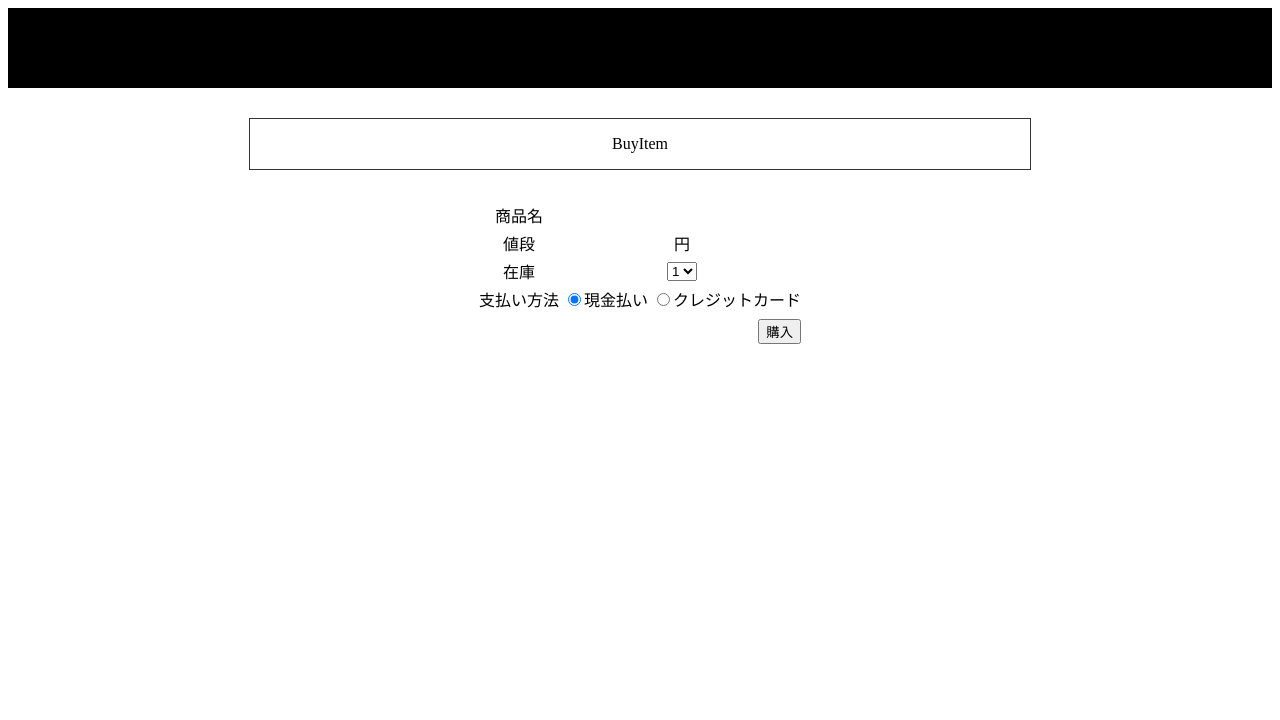
Repository: kosugisyunki/test
Page: http://localhost/template/buyItem.jsp
An editor plug-in stored every save of this project. The page is shown before and after the next save, followed by the edit.
The browser window is 1280 px wide. The pictures show the whole page.
The page is served by Tomcat 9.

Above is the page before, as saved 2019-06-28 10:41:52.

After the next save:
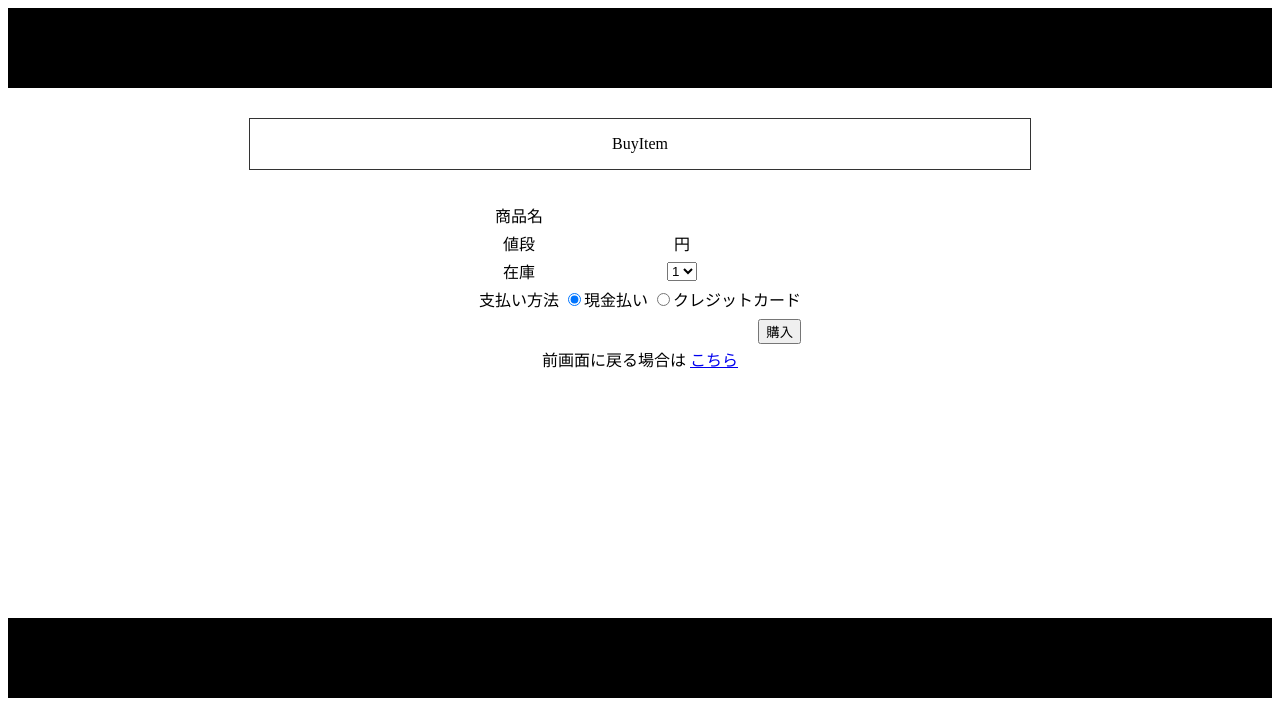
Saved 58 s later.
--- a/template/WebContent/buyItem.jsp
+++ b/template/WebContent/buyItem.jsp
@@ -112,6 +112,15 @@
 				</tr>
 			</table>
 		</s:form>
-
+			<div>
+				<span>前画面に戻る場合は</span>
+				<a href='<s:url action="HomeAction"/>'>こちら</a>
+			</div>
+		</div>
+	</div>
+	<div id="footer">
+		<div id="pr">
+		</div>
+	</div>
 </body>
 </html>
